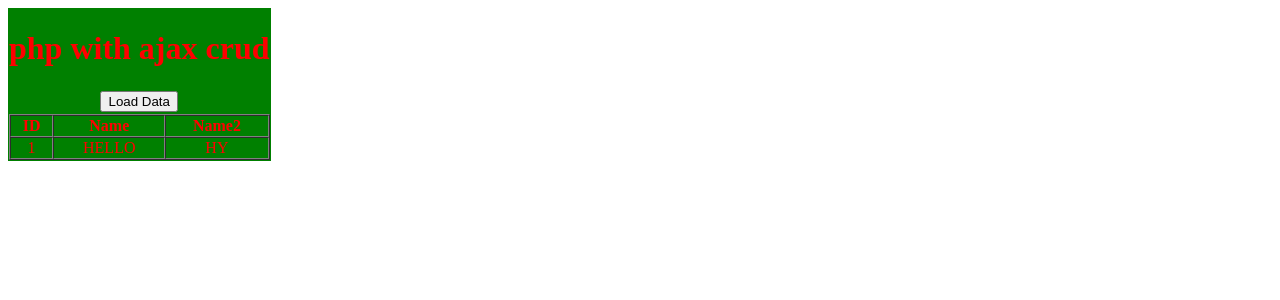
Repository: Tauqeer124/newrepo
Page: http://localhost/insertdata.php
These files come from the project's save history. The page is drawn as it stood at one moment and after the next save; the edit follows.
The browser window is 1280 px wide. The pictures show the whole page.
The page is run by PHP 8.4 with error messages shown; the project is at /var/www/html/.

Above is the page before, as saved 2023-04-28 12:18:01.
Console error: ReferenceError: $ is not defined

### insertdata.php
<!DOCTYPE html>
<html lang="en">
    <head>
        <title> ajax example</title>
        <style>
            #main{
                text-align: center;
                color: red;
                background-color: green;
            }
        </style>
    </head>
    <body>
        <table id="main" border="0" cellspacing="0">
            <tr >
                <td id="header">
                    <h1>php with ajax crud</h1>
                </td>
            </tr>
            <tr>
                <td id="table-load">
                    <input type="button" id="load-button" value="Load Data" >
                </td>
            </tr>
            <tr>
                <td id="table-data">
                    <table border="1" cellspacing="0" cellpading="10px" width="100%" >
                        <tr>
                            <th>ID</th>
                            <th>Name</th>
                            <th>Name2</th>
                        </tr>
                        <tr>
                            <td align="center">1</td>
                            <td align="center">HELLO</td>
                            <td align="center">HY</td>
                        </tr>

                    </table>
                </td>
            </tr>
        </table>
        <script type="text/javascript" src="js/jquery.js"></script>
        <script type="text/javascript">
            $(document).ready(function(){
                $("#load-button").on("click",function(e){
                    $.ajax({
                        url: "ajaxlaod.php",
                        type:"post",
                        success: function(data){
                            $("#table-data").html(data);
                        }

                    });
                });
            });
        </script>
    </body>

</html>

Loaded but not shown: js/jquery.js (no copy from this time; the picture is the same without it)

After the next save:
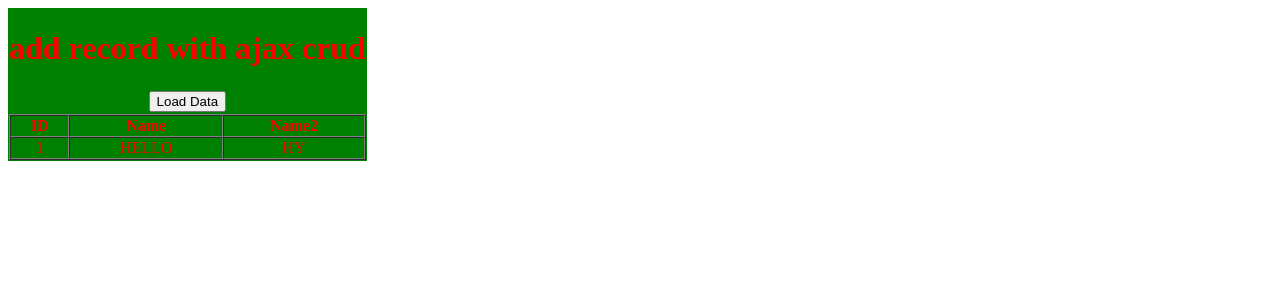
Saved 32 s later.
--- a/insertdata.php
+++ b/insertdata.php
@@ -14,7 +14,7 @@
         <table id="main" border="0" cellspacing="0">
             <tr >
                 <td id="header">
-                    <h1>php with ajax crud</h1>
+                    <h1>add record with ajax crud</h1>
                 </td>
             </tr>
             <tr>
